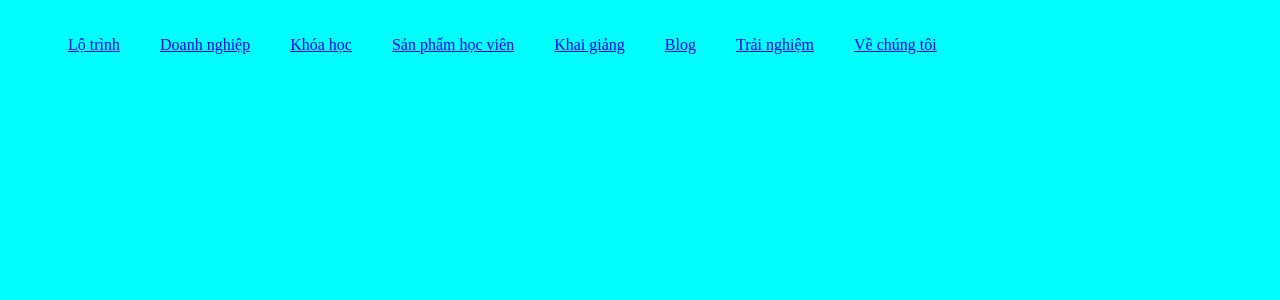
Repository: khanhnahk306/khanhnahk.github.io
Page: flexbox/html/megamenu.html
These files come from the project's save history. The page is drawn as it stood at one moment and after a run of saves; the edit follows.
The browser window is 1280 px wide. The pictures show the whole page.

Above is the page before, as saved 2022-01-28 10:43:02.

After the next 2 saves:
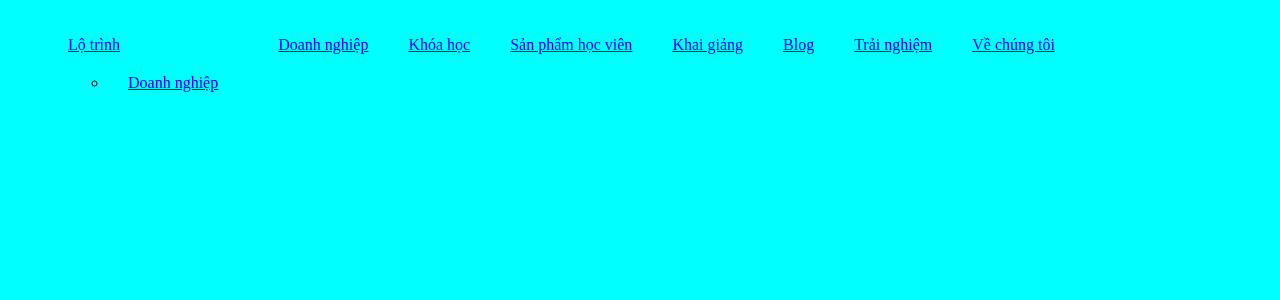
The 2 saves are shown as one change because they came seconds apart.
The last was saved 9 s later.
--- a/flexbox/html/megamenu.html
+++ b/flexbox/html/megamenu.html
@@ -14,7 +14,9 @@
             <li>
                 <a href="#">Lộ trình</a>
                 <ul class="sub-menu">
-                    <a></a>
+                    <li>
+                        <a href="#">Doanh nghiệp</a>
+                    </li>
                 </ul>
             </li>
             <li>
